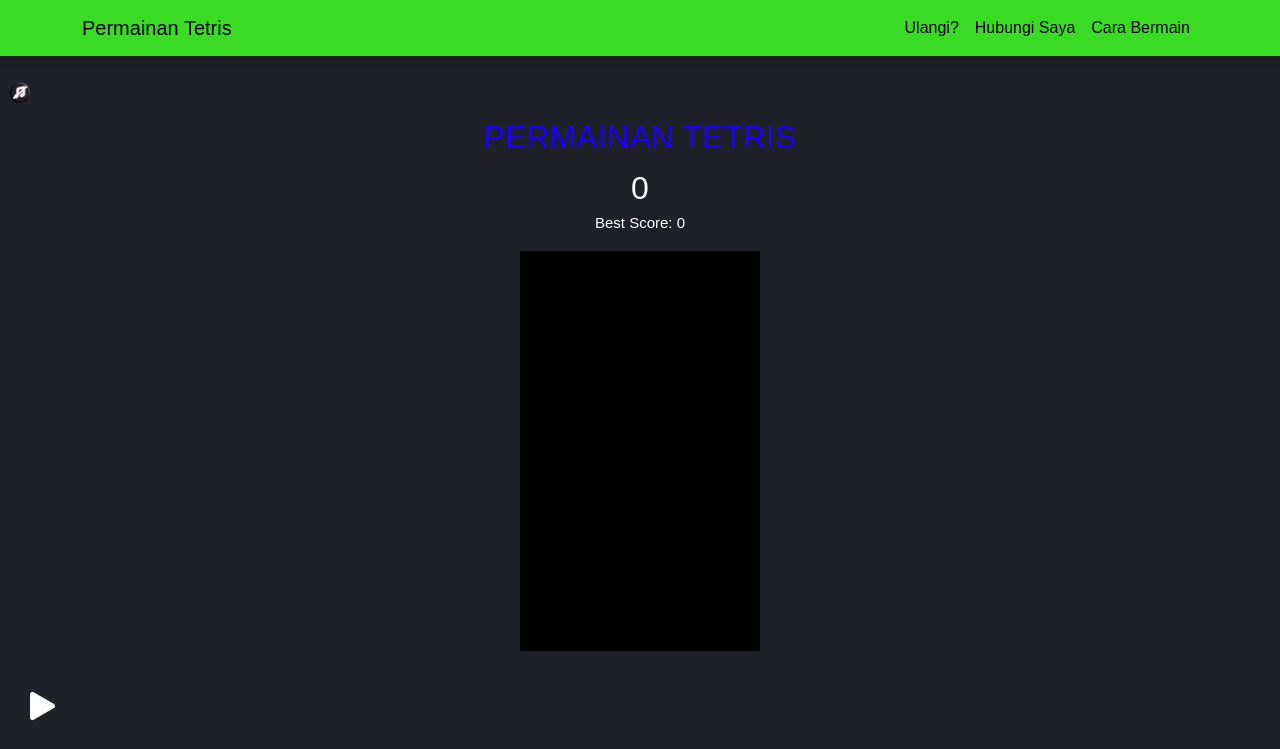
Repository: GwendiWisnuAnggoro/GwendiWisnuAnggoro.github.io
Page: Bahasa Indonesia/game/Tetris/tetris.html
These files come from the project's save history. The page is drawn as it stood at one moment and after a run of saves; the edit follows.
The browser window is 1280 px wide. The pictures show the whole page.

Above is the page before, as saved 2023-02-07 19:45:23.
Console error: TypeError: Cannot read properties of null (reading 'forEach')

### Bahasa Indonesia/game/Tetris/tetris.html
<!DOCTYPE html>
<html lang="en">
<head>
    <meta charset="UTF-8">
    <link href="https://cdn.jsdelivr.net/npm/bootstrap@5.3.0-alpha1/dist/css/bootstrap.min.css" rel="stylesheet" integrity="sha384-GLhlTQ8iRABdZLl6O3oVMWSktQOp6b7In1Zl3/Jr59b6EGGoI1aFkw7cmDA6j6gD" crossorigin="anonymous">
    <link rel="stylesheet" href="https://cdn.jsdelivr.net/npm/bootstrap-icons@1.10.3/font/bootstrap-icons.css">
    <meta http-equiv="X-UA-Compatible" content="IE=edge">
    <meta name="viewport" content="width=device-width, initial-scale=1.0">
    <title>Permainan Tetris</title>
</head>
<body>
    <!-- akhir navbar -->
  <nav class="navbar navbar-expand-lg navbar-light shadow fixed-top" style="background-color: rgb(57, 219, 36);">
    <div class="container-sm">
      <span class="navbar-brand" href="#">Permainan Tetris</span>
      <button class="navbar-toggler" type="button" data-bs-toggle="collapse" data-bs-target="#navbarNav" aria-controls="navbarNav" aria-expanded="false" aria-label="Toggle navigation">
        <span class="navbar-toggler-icon"></span>
      </button>
      <div class="collapse navbar-collapse" id="navbarNav">
        <ul class="navbar-nav ms-auto">
          <li class="nav-item">
            <a class="nav-link active" aria-current="page" href="../Tetris/tetris.html">Ulangi?</a>
          </li>
          <li class="nav-item">
            <a class="nav-link active" href="../../../contact me/ContactMe.html">Hubungi Saya</a>
          </li>
          <li class="nav-item">
            <a class="nav-link active" href="../Tutorials/Tetris/TutorTetris.html">Cara Bermain</a>
            </li>
        </ul>
      </div>
    </div>
  </nav>
<!-- akhir navbar -->
<br>
<br>
<br>
     <!-- awal toogle music -->
     <button id="play"></button>
     <!-- akhir toogle music -->


    <center>
    <link rel="stylesheet" type="text/css" href="tetris.css">
    <div class="pembungkus">
    <h2>PERMAINAN TETRIS</h2>
    <section class="Kalah">
      <h3>Game Over!</h3>
     </section>
    <div id="score">0</div>
    <div class="bestscore">
      <p>Best Score: <span id="Best_Score">0</span></p>
    </div>
    <canvas id="tetris" width="240" height="400"></canvas>
</div>
</center>


<div class="bungkus">
  <button type="button" onclick="" class="btn Mulai_HP" id="Mulai">
    <span>
      <i class="bi bi-play-fill"></i>
    </span>
  </button>
  <button type="button" onclick="" class="btn btn12" id="tmblAtas" >
  <img class="simbol" src="Munggah.png" />
  </button>
  <button type="button" onclick="" class="btn btn13" id="tmblBawah">
  <img class="simbol" src="Midun.png"/>
  </button>
  <button type="button" onclick="" class="btn2 btn14" id="tmblKiri">
  <img class="simbol" src="Ngiwa.png"/>
  </button>
  <button type="button" onclick="" class="btn4 btn15" id="tmblKanan">
  <img class="simbol" src="Nengen.png"/>
  </button>
</div>

<div class="PC">
  <button type="button" onclick="" class="btn Mulai_PC" id="MulaiPC">
    <span>
      <i class="bi bi-play-fill tombolMulaiPC"></i>
    </span>
  </button>
</div>
 <!-- <button type="button" id="Mulai">Mulai</button> -->
    <script src="tetris.js"></script>
    <script src="https://cdn.jsdelivr.net/npm/bootstrap@5.3.0-alpha1/dist/js/bootstrap.bundle.min.js" integrity="sha384-w76AqPfDkMBDXo30jS1Sgez6pr3x5MlQ1ZAGC+nuZB+EYdgRZgiwxhTBTkF7CXvN" crossorigin="anonymous"></script>
</body>
</html>

### Bahasa Indonesia/game/Tetris/tetris.css
h2 {
    font-family: arial;
    text-align: center;
    color: rgb(25, 0, 255);
}
.simbol{
	width: 100%;
	height: 100%;
}
.btn12{
	margin-top: -100px;
	margin-left: 250px;
}
.btn13{
	margin-top: 95px;
	margin-left: 50px;
}
.btn14{
	margin-left: -150px;

}

.btn{

	width: 85px;
	height: 85px;

}
.bungkus{
	position: fixed;
	margin-top: -250px;
	margin-left: 10%;
	opacity: 0.5;
}

.btn2,.btn4{
	background: rgba(0, 0, 0, 0);
	width: 85px;
	height: 85px;



}
body {
    background: #202028;
    color: white;
    font-family: sans-serif;
}


button {
	border: none;
	width: 40px;
	height: 40px;
	cursor: pointer;
	background-color: #202028;
	outline: none;
}




#play{
	background-image: url("../../img/StopSong.png");
}


.pembungkus{
    font-size: 2em;
    align-items: center;
}
.Kalah h3{
	text-align: center;
	color: red;
}
.Kalah{
	display: none;
}

#Mulai_HP{
	color: white;
}
#Mulai_PC{
	color: white;
}
.bi-play-fill{
	color: white;
	font-size: 50px;
	opacity: 1;
}

.tombolMulaiPC{
		color: white;
	font-size: 50px;
	opacity: 1;
	margin-top: -50%;
}
.PC{
	display: none;
}
.bestscore p{
	font-size: 15px;
}
/* tablet */
@media screen and (min-width: 768px){

	.PC{
		display: none;
	}

}

/* destop */
@media screen and (min-width: 800px){
	.bungkus{
		display: none;
	}
	.PC{
		display: block;
	}

}

### Bahasa Indonesia/game/Tetris/tetris.js
const canvas = document.getElementById('tetris');
const context = canvas.getContext('2d');
var tombolAtas = document.getElementById("tmblAtas");
var tombolBawah = document.getElementById("tmblBawah");
var tombolKiri = document.getElementById("tmblKiri");
var tombolKanan = document.getElementById("tmblKanan");

let Muter = new Audio();
Muter.src="Backsound Muter.mp3";

let KiriKananBawah = new Audio();
KiriKananBawah.src="Kiri Kanan Backsound.mp3"

let LarikHilang = new Audio();
LarikHilang.src="1 Larik Hilang.mp3"

let Kalah = new Audio();
Kalah.src = "Kalah.mp3"

let Best_Score = document.getElementById("Best_Score");

context.scale(20, 20);

function arenaSweep() {
    let rowCount = 1;
    outer: for (let y = arena.length - 1; y > 0; -- y) {
        for (let x = 0; x < arena[y].length; ++x) {
            if (arena [y][x] === 0) {
                continue outer;
            }
        }

        const row = arena.splice(y, 1)[0].fill(0);
        arena.unshift(row);
        ++y;

        player.score += rowCount * 10;
        rowCount *= 2;
        LarikHilang.play();
    }
}


function collide(arena, player) {
    const [m, o] = [player.matrix, player.pos];
    for (let y = 0; y < m.length; ++y) {
        for (let x = 0; x < m[y].length; ++x) {
            if (m[y][x] !== 0 &&
                (arena[y + o.y] &&
                arena[y + o.y][x + o.x]) !== 0) {
                return true;
            }
        }
    }
    return false;
}

function creatMatrix(w, h) {
    const matrix = [];
    while (h--) {
        matrix.push(new Array(w).fill(0));
    }
    return matrix;
}

function createPiece(type) {
    if (type === 'T') {
        return [
            [0, 0, 0],
            [1, 1, 1],
            [0, 1, 0],
        ];
    } else if (type === 'O') {
        return [
            [2, 2],
            [2, 2],
        ];
    } else if (type === 'L') {
        return [
            [0, 3, 0],
            [0, 3, 0],
            [0, 3, 3],
        ];
    } else if (type === 'J') {
        return [
            [0, 4, 0],
            [0, 4, 0],
            [4, 4, 0],
        ];
    } else if (type === 'I') {
        return [
            [0, 5, 0, 0],
            [0, 5, 0, 0],
            [0, 5, 0, 0],
            [0, 5, 0, 0],
        ];
    } else if (type === 'S') {
        return [
            [0, 6, 6],
            [6, 6, 0],
            [0, 0, 0],
        ];
    } else if (type === 'Z') {
        return [
            [7, 7, 0],
            [0, 7, 7],
            [0, 0, 0],
        ];

    }

}

function draw() {
    context.fillStyle = '#000';
    context.fillRect(0, 0, canvas.width, canvas.height);

    drawMatrix(arena, {x: 0,y: 0});
    drawMatrix(player.matrix, player.pos);
}

function drawMatrix(matrix, offset) {
    matrix.forEach((row, y) => {
        row.forEach((value, x) => {
            if (value !== 0) {
                context.fillStyle = colors[value];
                context.fillRect(x + offset.x,
                                 y + offset.y,
                                 1, 1);
            }
        });
    });
}

function merge(arena, player) {
    player.matrix.forEach((row, y) => {
        row.forEach((value, x) => {
            if(value !== 0) {
                arena[y + player.pos.y][x + player.pos.x] = value;
            }
        });
    });
}

function playerDrop() {
    player.pos.y++;
    if (collide(arena, player)) {
        player.pos.y--;
        merge(arena, player);
        playerReset();
        arenaSweep();
        updateScore();

    }
    dropCounter = 0;
}

function GameOver(){
    console.log("Kalah")
    Kalah.play()
    document.querySelector(".Kalah").style.display = "block"
    return playerDrop = function(){}

}

function playerMove(dir) {
    player.pos.x += dir;
    if (collide(arena, player)) {
        player.pos.x -= dir;
    }
}

function playerReset() {

    const pieces = 'TOLJISZ';
    player.matrix = createPiece(pieces[pieces.length * Math.random() | 0]);
    player.pos.y = 0;
    player.pos.x = (arena[0].length / 2 | 0) -
                   (player.matrix[0].length / 2 | 0);
    if (collide(arena, player)) {
        // arena.forEach(row => row.fill(0));
        // player.score = 0;
        // updateScore();
        GameOver();

    }
}


function playerRotate(dir) {
    const pos = player.pos.x;
    let offset = 1;
    rotate(player.matrix, dir);
    while (collide(arena, player)) {
        player.pos.x += offset;
        offset =- (offset + (offset > 0 ? 1 : -1));
        if (offset > player.matrix[0].length) {
            rotate(player.matrix, dir);
            player.pos.x = pos;
            return;
        }
    }
}

function rotate(matrix, dir) {
    for (let y = 0; y < matrix.length; ++y) {
        for (let x = 0; x < y; ++x) {
            [
                matrix[x][y],
                matrix[y][x],
            ] = [
                matrix[y][x],
                matrix[x][y],
            ];
        }
    }

    if (dir > 0) {
        matrix.forEach(row => row.reverse());
    } else {
        matrix.reverse();
    }
}

let dropCounter = 0;
let dropInterval = 1000;

let lastTime = 0;
function update(time = 0) {
    const deltaTime = time - lastTime;
    lastTime = time;

    dropCounter += deltaTime;
    if (dropCounter > dropInterval) {
        playerDrop();
    }

    draw();
    requestAnimationFrame(update);
}

function updateScore() {
    document.getElementById('score').innerText = player.score;
    SistemBestScore(player.score)
}

const colors = [
    null,
    'red',
    'blue',
    'violet',
    'lime',
    '#ffff00',
    'orange',
    'pink',
];

const arena = creatMatrix(12, 20);

const player = {
    pos: {x: 0, y: 0},
    matrix: null,
    score: 0,
}
tombolKanan.addEventListener("click", fKanan);
tombolKiri.addEventListener("click", fKiri);
tombolAtas.addEventListener("click", fAtas);
tombolBawah.addEventListener("click", fBawah);

function fKanan(){
    if(event) {
        playerMove(1);
        KiriKananBawah.play();


    }
}
function fKiri(){
    if(event) {
        playerMove(-1);
        KiriKananBawah.play();
    }
}
function fAtas(){

    if(event) {
        playerRotate(-1);
        Muter.play();
    }

}
function fBawah(){
    if(event) {
        playerDrop(); KiriKananBawah.play();


    }
}
// document.addEventListener('keydown', event => {

//     if (event.keyCode === 37 || event.keyCode === 65) {
//         playerMove(-1); KiriKananBawah.play();
//     } else if (event.keyCode === 39 || event.keyCode == 68) {
//         playerMove(1); KiriKananBawah.play();
//     } else if (event.keyCode === 40 || event.keyCode == 83) {
//         playerDrop(); KiriKananBawah.play();
//     } else if (event.keyCode === 81) {
//         playerRotate(-1); Muter.play();
//     } else if (event.keyCode === 32) {
//         playerRotate(1); Muter.play();
//     }
// });

let timer;
document.addEventListener('keydown', event => {
if (event.keyCode === 37 || event.keyCode === 65) {
playerMove(-1); KiriKananBawah.play();
} else if (event.keyCode === 39 || event.keyCode == 68) {
playerMove(1); KiriKananBawah.play();
} else if (event.keyCode === 40 || event.keyCode == 83) {
playerDrop(); KiriKananBawah.play();
} else if (event.keyCode === 81 || event.keyCode === 32) {
if (timer) {
return;
}
timer = setTimeout(() => {
timer = null;
}, 1000);
event.keyCode === 81 ? playerRotate(-1) : playerRotate(1);
Muter.play();
}
});

document.addEventListener('keyup', () => {
clearTimeout(timer);
timer = null;
});
// else if (event.keyCode === 39 || event.keyCode == 68) {
//     playerMove(1); KiriKananBawah.play();
// } else if (event.keyCode === 40 || event.keyCode == 83) {
//     playerDrop(); KiriKananBawah.play();
// } else if (event.keyCode === 81) {
//     playerRotate(-1); Muter.play();
// } else if (event.keyCode === 32) {
//     playerRotate(1); Muter.play();
// }

function SistemBestScore(score){
    let BestScore = 0;
    if(!localStorage.getItem("Best2")){
       localStorage.setItem("Best2", "0");

    } else{
        Best_Score.innerText = localStorage.getItem("Best2");

    }
    if(BestScore !== null){
        if(score > localStorage.getItem("Best2")){
            localStorage.setItem("Best2", score)
        }
    }else{
        localStorage.setItem("Best2", score)
    }
}


document.getElementById("Mulai").addEventListener("click", ()=>{
    playerReset();
    updateScore();
    update();
    document.getElementById("Mulai").style.display = "none";
})
document.getElementById("MulaiPC").addEventListener("click", ()=>{
    playerReset();
    updateScore();
    update();
    document.getElementById("MulaiPC").style.display = "none";
})
draw();



// musik program
var musik = new Audio();
musik.src="Tetris Backsound.mp3"
musik.loop=true;
musik.pause();

function mulaiAudio(){
    var play=document.getElementById('play');

        play.addEventListener('click',fplay);

        function fplay(){
            if(musik.paused){
                musik.play();
                play.style.background="url(../../img/PlaySong.png)";
            }else{
                musik.pause();
                play.style.background="url(../../img/StopSong.png)";
            }
        }
    }




    window.addEventListener('load', mulaiAudio)

After the next 4 saves:
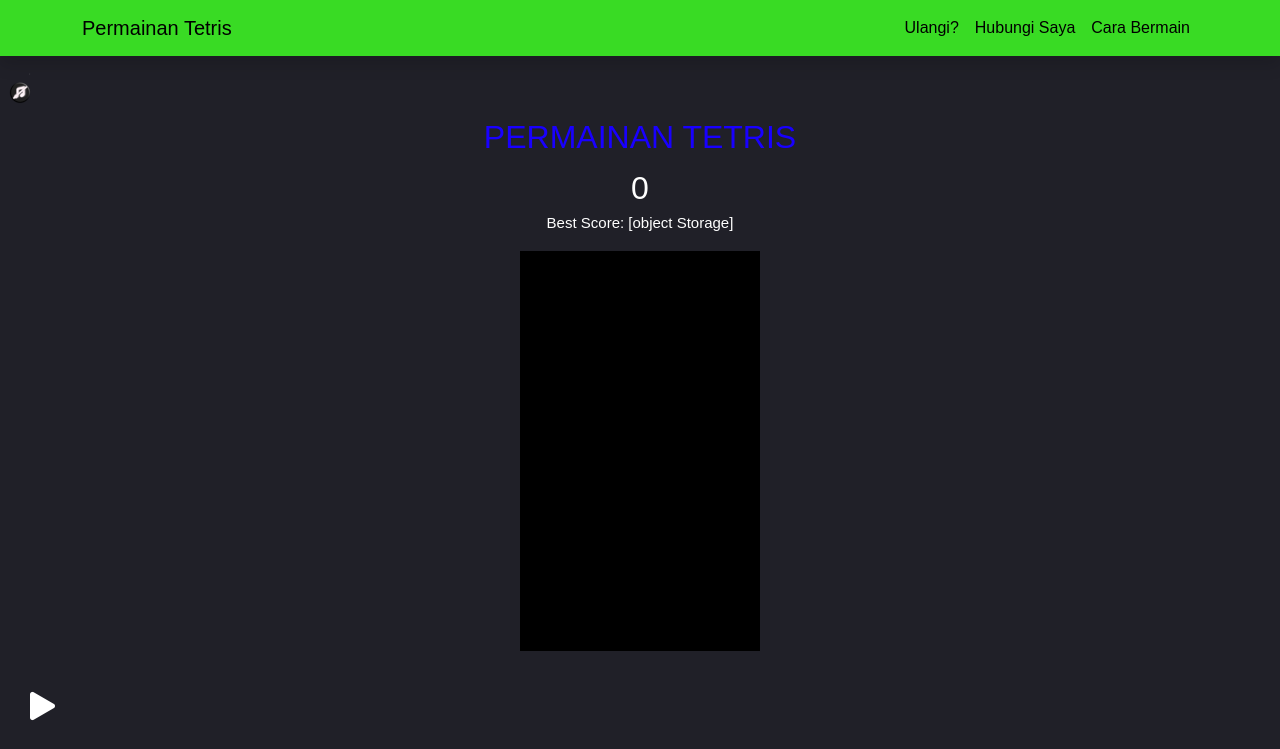
The 4 saves are shown as one change because they came seconds apart.
The last was saved 17 s later.
--- a/Bahasa Indonesia/game/Tetris/tetris.js
+++ b/Bahasa Indonesia/game/Tetris/tetris.js
@@ -351,7 +351,7 @@ function SistemBestScore(score){
        localStorage.setItem("Best2", "0");
 
     } else{
-        Best_Score.innerText = localStorage.getItem("Best2");
+        localStorage.getItem("Best2");
 
     }
     if(BestScore !== null){
@@ -362,7 +362,7 @@ function SistemBestScore(score){
         localStorage.setItem("Best2", score)
     }
 }
-
+Best_Score.innerText = localStorage
 
 document.getElementById("Mulai").addEventListener("click", ()=>{
     playerReset();
